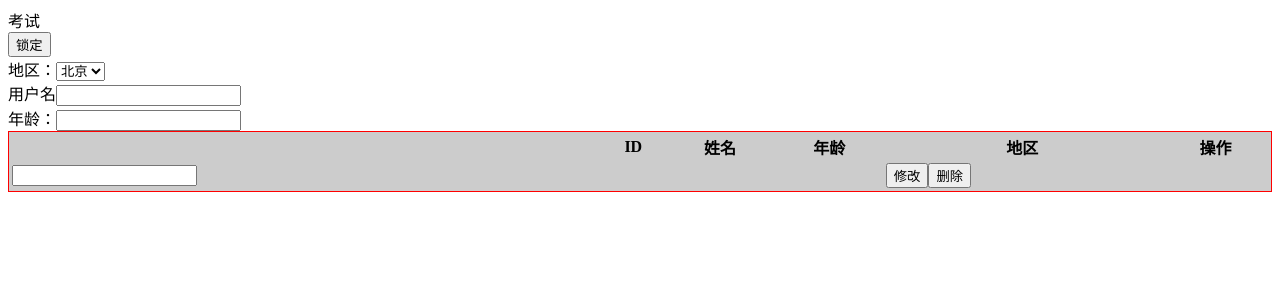
Repository: Sjl-2114/2006z
Page: / (app in A卷/vue-kaoshi/)
The author's editor kept a copy of each file at every save. The page is drawn from the files as they stood at one save, then again after the next save.
The browser window is 1280 px wide. The pictures show the whole page.
The project was rebuilt for these pictures with package versions that can differ from the ones it lists, and the page was loaded fresh each time.

Above is the page before, as saved 2021-04-28 15:59:26.

### A卷/vue-kaoshi/src/App.vue
<template>
  <div>
    考试
    <br>
    <button>{{das}}</button>
    <br>
    <span>地区：</span>
    <select >
      <option :value="item.name" v-for="(item, index) in list" :key="index">
          {{item.name}}
      </option>
    </select>
    <br>
    <span>用户名</span>
    <input type="text" v-model="username">
    <br>
    <span>年龄：</span>
    <input type="number" v-model="age">
    <br>
    <table style="width:100%" class="table">
        <thead>
          <tr>
            <th></th>
            <th>ID</th>
            <th>姓名</th>
            <th>年龄</th>
            <th>地区</th>
            <th>操作</th>

          </tr>
        </thead>
        <tbody>
          <tr>
            <td>
              <input type="">
            </td>
            <td></td>
            <td></td>
            <td></td>
            <td>
              <button>修改</button>
              <button>删除</button>
            </td>
          </tr>
        </tbody>

    </table>
  </div>
</template>
<script>
  import data from '../public/data.json'
export default {
  data() {
    return {
      das:'锁定',
      list: data.data,
      usename:'',
      age:'',

    }
  },
  methods:{

  },

}
</script>
<style>
  .table{
    background: #ccc;
    border: 1px solid red;
  }
</style>

### A卷/vue-kaoshi/public/data.json
{
  "data": [
    {
      "id": 1,
      "name": "北京"
    },
    {
      "id": 2,
      "name": "上海"
    },
    {
      "id": 3,
      "name": "广州"
    },
    {
      "id": 4,
      "name": "成都"
    }
  ]
}

Loaded but not shown: A卷/vue-kaoshi/public/index.html (common file); A卷/vue-kaoshi/src/main.js (common file)

After the next save:
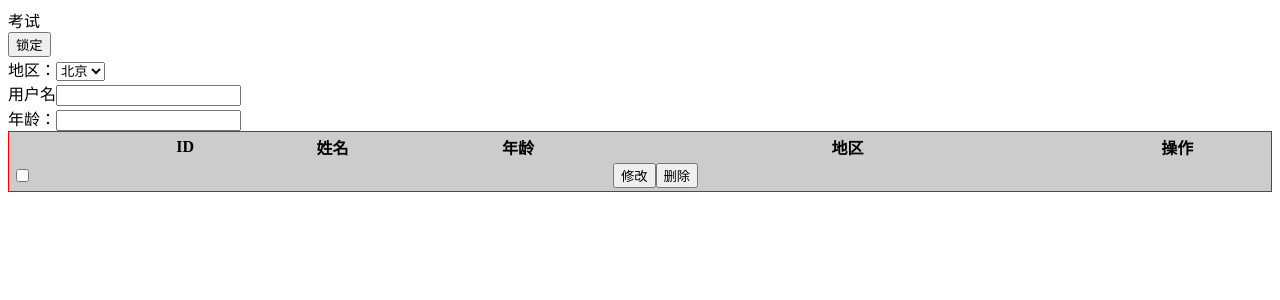
Saved 16 s later.
--- a/A卷/vue-kaoshi/src/App.vue
+++ b/A卷/vue-kaoshi/src/App.vue
@@ -32,7 +32,7 @@
         <tbody>
           <tr>
             <td>
-              <input type="">
+              <input type="checkbox">
             </td>
             <td></td>
             <td></td>
